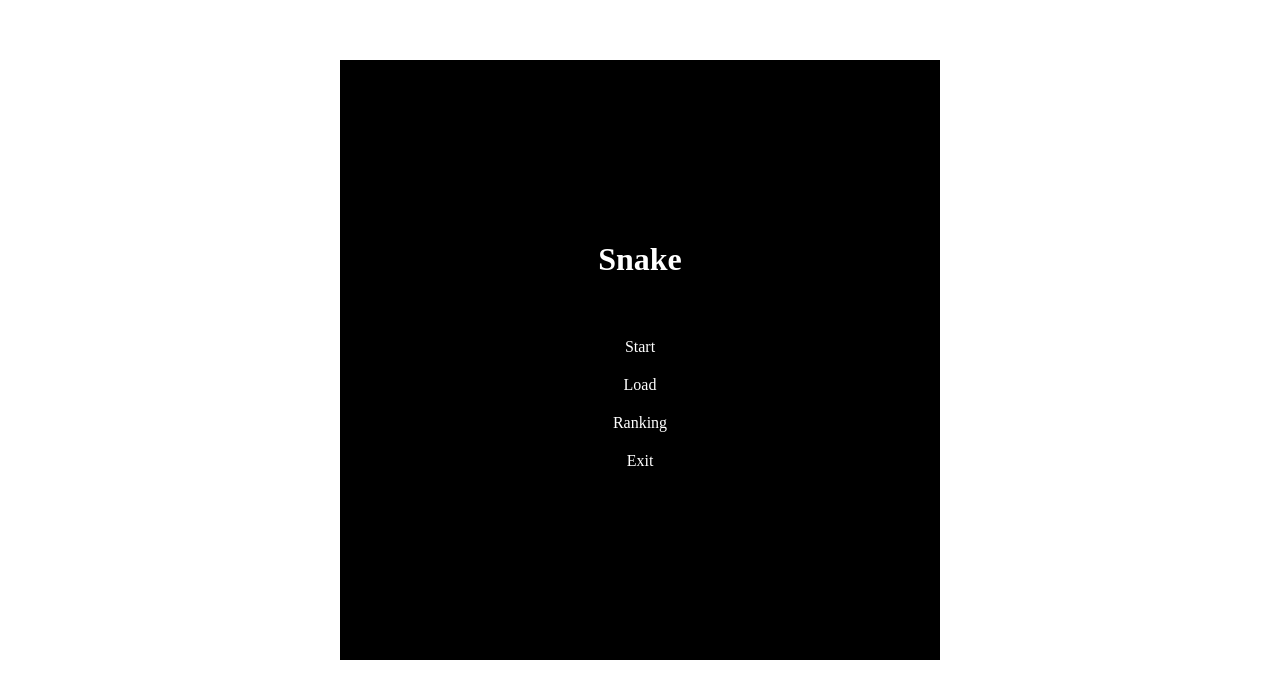
Repository: myeongbaek/SnakeGame_Team07
Page: index.html
An editor plug-in stored every save of this project. The page is shown before and after the next save, followed by the edit.
The browser window is 1280 px wide. The pictures show the whole page.

Above is the page before, as saved 2022-04-16 13:09:21.
Console error: ReferenceError: Cannot access 'onRankClick' before initialization

After the next save:
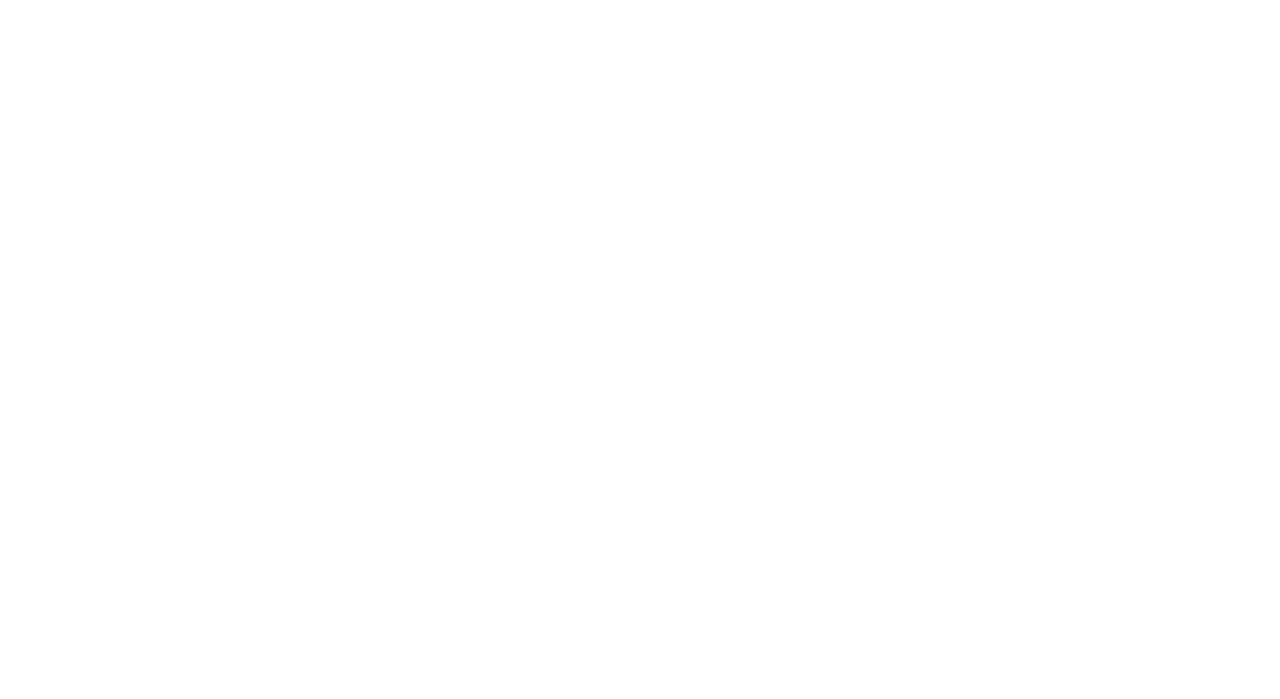
Console error: SyntaxError: Unexpected token '<'
Saved 5 min 1 s later.
--- a/MainScreen.js
+++ b/MainScreen.js
@@ -68,10 +68,13 @@
     rankingBtn.addEventListener("click", onRankClick);
 
     const onRankClick = () => {
+      let rankarr = JSON.parse(localStorage.getItem("rankData"));
 
       this.$screen.innerHTML = `
         <h1>Rank</h1>
-        <span>
+        ${rankarr.forEach(rank => {
+        <span>rank.username : rank.score</span>
+      })}
     `;
 
     }

After the save that followed:
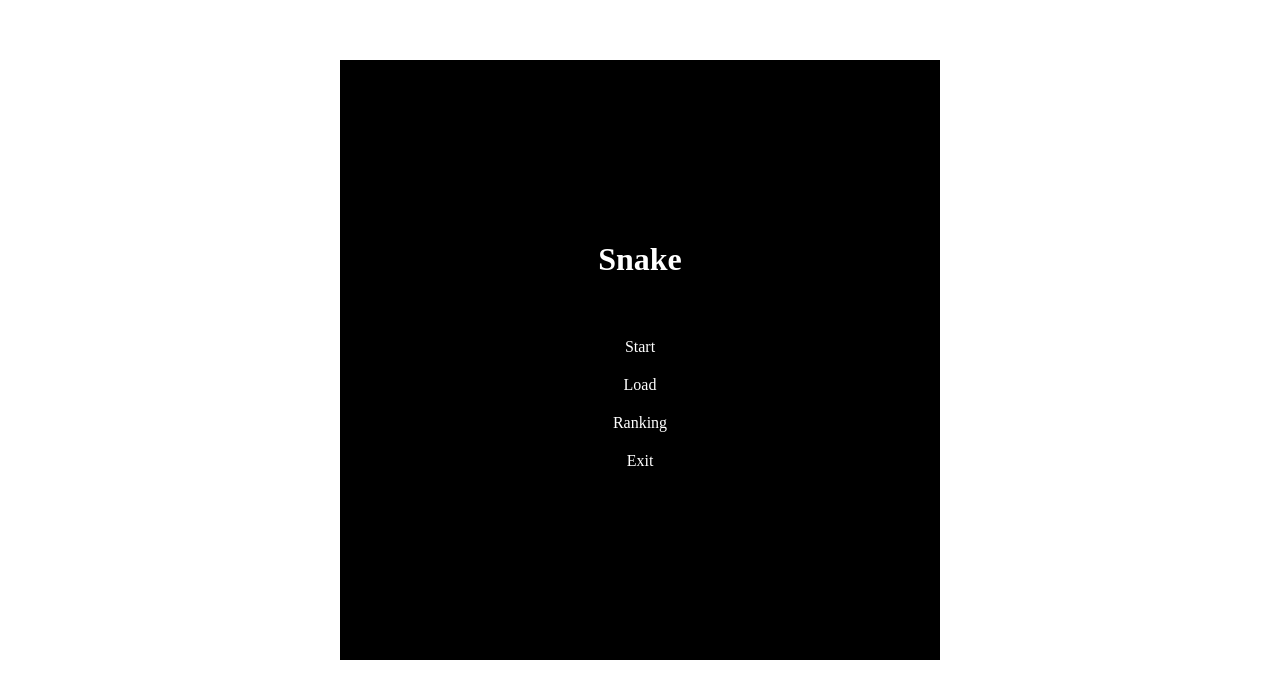
Console error: ReferenceError: Cannot access 'onRankClick' before initialization
Saved 57 s later.
--- a/MainScreen.js
+++ b/MainScreen.js
@@ -73,7 +73,7 @@
       this.$screen.innerHTML = `
         <h1>Rank</h1>
         ${rankarr.forEach(rank => {
-        <span>rank.username : rank.score</span>
+        `<span>${rank.username} : ${rank.score}</span>`
       })}
     `;
 
